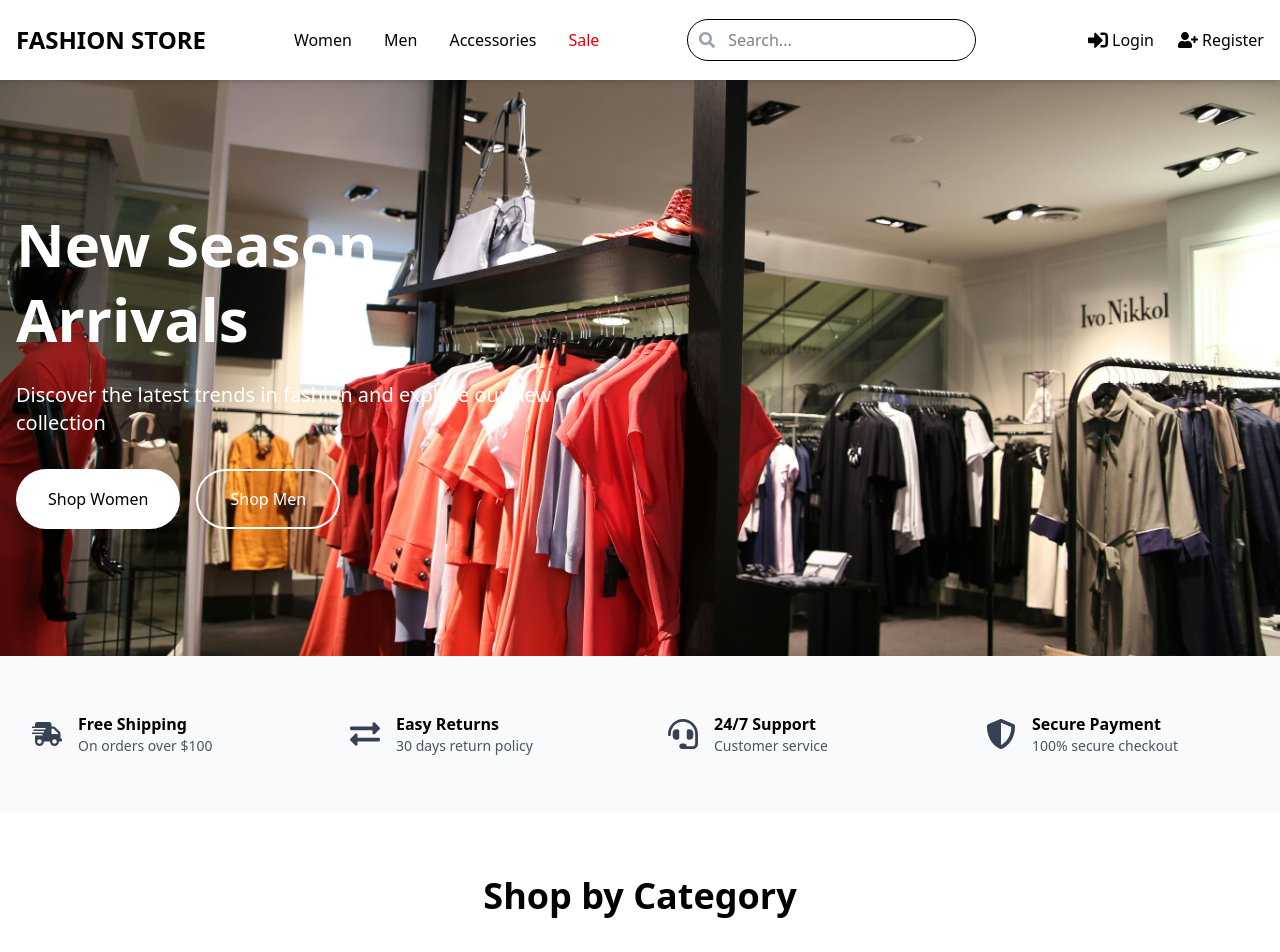
Repository: minhquang203/SHOPQUANAO
Page: / (app in frontend/)
An editor plug-in stored every save of this project. The page is shown before and after the next save, followed by the edit.
The browser window is 1280 px wide. The pictures show the part of the page from y = 0 to 952 px (the page is 2446 px tall before and 4297 px after).
The project was rebuilt for these pictures with package versions that can differ from the ones it lists, and the page was loaded fresh each time. Also part of the build but not shown: frontend/vite.config.js, frontend/src/components/AdminLayout.jsx, frontend/src/components/AdminRoute.jsx, frontend/src/pages/admin/Dashboard.jsx, frontend/src/pages/admin/Orders.jsx, frontend/src/pages/admin/Products.jsx, frontend/src/pages/admin/Users.jsx, frontend/src/pages/LoginPage.jsx and 1 more.

Above is the page before, as saved 2025-04-29 15:24:56.

### frontend/src/main.jsx
// main.jsx
import React from "react";
import ReactDOM from "react-dom/client";
import { Provider } from "react-redux";
import { PersistGate } from "redux-persist/integration/react";
import App from "./App";
import "./index.css";
import { persistor, store } from "./redux/store";

ReactDOM.createRoot(document.getElementById("root")).render(
  <Provider store={store}>
    <PersistGate loading={null} persistor={persistor}>
      <App />
    </PersistGate>
  </Provider>
);

### frontend/src/App.jsx
import React from "react";
import { Route, BrowserRouter as Router, Routes } from "react-router-dom";
import AdminLayout from "./components/AdminLayout";
import AdminRoute from "./components/AdminRoute";
import Navbar from "./components/Navbar";
import Dashboard from "./pages/admin/Dashboard";
import Orders from "./pages/admin/Orders";
import Products from "./pages/admin/Products";
import Users from "./pages/admin/Users";
import Homepage from "./pages/Homepage";
import Login from "./pages/LoginPage";
import Register from "./pages/RegisterPage";

function App() {
  return (
    <Router>
      <Navbar />
      <Routes>
        {/* Public Routes */}
        <Route path="/" element={<Homepage />} />
        <Route path="/login" element={<Login />} />
        <Route path="/register" element={<Register />} />

        {/* Admin Protected Routes */}
        <Route element={<AdminRoute />}>
          <Route path="/admin" element={<AdminLayout />}>
            <Route index element={<Dashboard />} />
            <Route path="dashboard" element={<Dashboard />} />
            <Route path="orders" element={<Orders />} />
            <Route path="products" element={<Products />} />
            <Route path="users" element={<Users />} />
          </Route>
        </Route>
      </Routes>
    </Router>
  );
}

export default App;

### frontend/src/index.css
@import "tailwindcss";

@tailwind base;
@tailwind components;
@tailwind utilities;



.group:hover .group-hover\:block{
    display: block;
}

### frontend/src/redux/store.js
// redux/store.js
import { configureStore } from '@reduxjs/toolkit';
import { combineReducers } from 'redux';
import { persistReducer, persistStore } from 'redux-persist';
import storage from 'redux-persist/lib/storage'; // lưu trên localStorage
import authReducer from './authSlice';

const persistConfig = {
  key: 'root',
  storage,
  whitelist: ['auth'], // chỉ persist auth
};

const rootReducer = combineReducers({
  auth: authReducer,
});

const persistedReducer = persistReducer(persistConfig, rootReducer);

export const store = configureStore({
  reducer: persistedReducer,
  middleware: (getDefaultMiddleware) =>
    getDefaultMiddleware({
      serializableCheck: false,
    }),
});

export const persistor = persistStore(store);

### frontend/src/components/Navbar.jsx
import React, { useState } from 'react';
import { FaHeart, FaSearch, FaShoppingCart, FaSignInAlt, FaUser, FaUserPlus } from 'react-icons/fa';
import { useDispatch, useSelector } from 'react-redux';
import { Link, useNavigate } from 'react-router-dom';
import { selectCurrentRole, selectCurrentUser, selectIsAuthenticated } from '../redux/authSelectors';
import { logout } from '../redux/authSlice';

function Navbar() {
  const dispatch = useDispatch();
  const navigate = useNavigate();
  const [isMenuOpen, setIsMenuOpen] = useState(false);
  const isAuthenticated = useSelector(selectIsAuthenticated);
  const user = useSelector(selectCurrentUser);
  const role = useSelector(selectCurrentRole);

  // Sử dụng selector đã memoize


  const handleLogout = () => {
    dispatch(logout());
    navigate('/login');
  };

  const AuthenticatedIcons = () => (
    <div className="flex items-center space-x-6">
      <button className="hover:text-gray-600 transition">
        <FaSearch className="h-5 w-5 md:hidden" />
      </button>
      <Link to="/wishlist" className="hover:text-gray-600 transition">
        <FaHeart className="h-5 w-5" />
      </Link>
      <Link to="/cart" className="relative hover:text-gray-600 transition">
        <FaShoppingCart className="h-5 w-5" />
        <span className="absolute -top-2 -right-2 bg-red-600 text-white text-xs rounded-full w-5 h-5 flex items-center justify-center">
          0
        </span>
      </Link>

      {/* Admin Dashboard Link - Only visible for admins */}
      {role === 'admin' && (
        <Link to="/admin/dashboard" className="hover:text-gray-600 transition">
          <span className="hidden md:inline">Admin</span>
        </Link>
      )}

      <div className="relative group">
        <button className="hover:text-black transition-transform hover:scale-105">
          <FaUser className="h-5 w-5" />
          <span className="hidden md:inline">{user?.username}</span>
        </button>
        <div className="absolute right-0 w-48 py-2 mt-2 bg-white rounded-md shadow-xl invisible group-hover:visible opacity-0 group-hover:opacity-100 transition-all duration-200 z-50">
          <Link
            to="/profile"
            className="block px-4 py-2 text-sm text-gray-700 hover:bg-gray-100"
          >
            Profile
          </Link>
          <Link
            to="/orders"
            className="block px-4 py-2 text-sm text-gray-700 hover:bg-gray-100"
          >
            Orders
          </Link>
          <button
            onClick={handleLogout}
            className="block w-full text-left px-4 py-2 text-sm text-gray-700 hover:bg-gray-100"
          >
            Sign Out
          </button>
        </div>
      </div>
    </div>
  );

  const NonAuthenticatedIcons = () => (
    <div className="flex items-center space-x-6">
      <button className="hover:text-gray-600 transition">
        <FaSearch className="h-5 w-5 md:hidden" />
      </button>
      <Link to="/login" className="hover:text-gray-600 transition flex items-center space-x-1">
        <FaSignInAlt className="h-5 w-5" />
        <span className="hidden md:inline">Login</span>
      </Link>
      <Link to="/register" className="hover:text-gray-600 transition flex items-center space-x-1">
        <FaUserPlus className="h-5 w-5" />
        <span className="hidden md:inline">Register</span>
      </Link>
    </div>
  );

  return (
    <nav className="bg-white shadow-md sticky top-0 z-50">
      <div className="container mx-auto px-4">
        <div className="flex items-center justify-between h-20">
          <Link to="/" className="text-2xl font-bold">FASHION STORE</Link>

          <div className="hidden md:flex items-center space-x-8">
            <Link to="/women" className="hover:text-gray-600 transition">Women</Link>
            <Link to="/men" className="hover:text-gray-600 transition">Men</Link>
            <Link to="/accessories" className="hover:text-gray-600 transition">Accessories</Link>
            <Link to="/sale" className="text-red-600 hover:text-red-700 transition">Sale</Link>
          </div>

          <div className="hidden md:flex items-center relative">
            <input
              type="text"
              placeholder="Search..."
              className="pl-10 pr-4 py-2 border rounded-full focus:outline-none focus:ring-2 focus:ring-black"
            />
            <FaSearch className="absolute left-3 text-gray-400" />
          </div>

          {user ? <AuthenticatedIcons /> : <NonAuthenticatedIcons />}

          <button
            className="md:hidden"
            onClick={() => setIsMenuOpen(!isMenuOpen)}
            aria-label="Toggle menu"
          >
            <svg className="w-6 h-6" fill="none" viewBox="0 0 24 24" stroke="currentColor">
              <path strokeLinecap="round" strokeLinejoin="round" strokeWidth={2} d="M4 6h16M4 12h16M4 18h16" />
            </svg>
          </button>
        </div>

        {isMenuOpen && (
          <div className="md:hidden py-4 border-t">
            <div className="flex flex-col space-y-4">
              <Link to="/women" className="hover:text-gray-600 transition px-4">Women</Link>
              <Link to="/men" className="hover:text-gray-600 transition px-4">Men</Link>
              <Link to="/accessories" className="hover:text-gray-600 transition px-4">Accessories</Link>
              <Link to="/sale" className="text-red-600 hover:text-red-700 transition px-4">Sale</Link>
              {role === 'admin' && (
                <Link to="/admin/dashboard" className="hover:text-gray-600 transition px-4">
                  Admin Dashboard
                </Link>
              )}
              <div className="relative px-4">
                <input
                  type="text"
                  placeholder="Search..."
                  className="w-full pl-10 pr-4 py-2 border rounded-full focus:outline-none focus:ring-2 focus:ring-black"
                />
                <FaSearch className="absolute left-7 top-3 text-gray-400" />
              </div>
            </div>
          </div>
        )}
      </div>
    </nav>
  );
}

export default Navbar;

### frontend/src/pages/Homepage.jsx
import React from "react";
import { FaExchangeAlt, FaHeadset, FaShieldAlt, FaShippingFast } from 'react-icons/fa';

function Homepage() {
  return (
    <div className="min-h-screen">
      {/* Hero Banner with Overlay */}
      <section className="relative h-[80vh]">
        <img
          src="/assets/banner.jpg"
          alt="Hero Banner"
          className="w-full h-full object-cover"

        />
        <div className="absolute inset-0  flex items-center">
          <div className="container mx-auto px-4">
            <div className="max-w-xl">
              <h1 className="text-6xl font-bold mb-6 text-white leading-tight">
                New Season Arrivals
              </h1>
              <p className="text-xl text-white mb-8">
                Discover the latest trends in fashion and explore our new collection
              </p>
              <div className="flex gap-4">
                <button className="bg-white text-black px-8 py-4 rounded-full hover:bg-gray-100 transition duration-300">
                  Shop Women
                </button>
                <button className="border-2 border-white text-white px-8 py-4 rounded-full hover:bg-white hover:text-black transition duration-300">
                  Shop Men
                </button>
              </div>
            </div>
          </div>
        </div>
      </section>

        {/* Services Section */}
      <section className="bg-gray-50 py-10">
        <div className="container mx-auto px-4">
          <div className="grid grid-cols-1 md:grid-cols-4 gap-6">
            <div className="flex items-center gap-4 p-4">
              <FaShippingFast className="text-3xl text-gray-700" />
              <div>
                <h3 className="font-semibold">Free Shipping</h3>
                <p className="text-sm text-gray-600">On orders over $100</p>
              </div>
            </div>
            <div className="flex items-center gap-4 p-4">
              <FaExchangeAlt className="text-3xl text-gray-700" />
              <div>
                <h3 className="font-semibold">Easy Returns</h3>
                <p className="text-sm text-gray-600">30 days return policy</p>
              </div>
            </div>
            <div className="flex items-center gap-4 p-4">
              <FaHeadset className="text-3xl text-gray-700" />
              <div>
                <h3 className="font-semibold">24/7 Support</h3>
                <p className="text-sm text-gray-600">Customer service</p>
              </div>
            </div>
            <div className="flex items-center gap-4 p-4">
              <FaShieldAlt className="text-3xl text-gray-700" />
              <div>
                <h3 className="font-semibold">Secure Payment</h3>
                <p className="text-sm text-gray-600">100% secure checkout</p>
              </div>
            </div>
          </div>
        </div>
      </section>

      {/* Categories */}
      <section className="py-16">
        <div className="container mx-auto px-4">
          <h2 className="text-4xl font-bold mb-12 text-center">Shop by Category</h2>
          <div className="grid grid-cols-1 md:grid-cols-3 gap-8">
            {['Women', 'Men', 'Accessories'].map((category) => (
              <div key={category} className="group relative overflow-hidden rounded-xl h-[400px]">
                <img
                  src={`/${category.toLowerCase()}.jpg`}
                  alt={category}
                  className="w-full h-full object-cover transition duration-500 group-hover:scale-110"
                />
                <div className="absolute inset-0 bg-gradient-to-t from-black/70 to-transparent flex flex-col justify-end p-8">
                  <h3 className="text-white text-2xl font-bold mb-3">{category}</h3>
                  <button className="bg-white text-black w-full py-3 rounded-full opacity-0 transform translate-y-4 group-hover:opacity-100 group-hover:translate-y-0 transition duration-300">
                    Shop Now
                  </button>
                </div>
              </div>
            ))}
          </div>
        </div>
      </section>

      {/* Featured Products */}
      <section className="bg-gray-50 py-16">
        <div className="container mx-auto px-4">
          <h2 className="text-4xl font-bold mb-12 text-center">Trending Now</h2>
          <div className="grid grid-cols-1 md:grid-cols-4 gap-6">
            {[1, 2, 3, 4].map((item) => (
              <div key={item} className="group bg-white rounded-xl overflow-hidden hover:shadow-xl transition duration-300">
                <div className="relative overflow-hidden">
                  <img
                    src={`/product${item}.jpg`}
                    alt={`Product ${item}`}
                    className="w-full h-[350px] object-cover group-hover:scale-105 transition duration-500"
                  />
                  <div className="absolute top-4 right-4">
                    <button className="bg-white p-2 rounded-full shadow-md hover:bg-gray-100">
                      <svg className="w-5 h-5" fill="none" stroke="currentColor" viewBox="0 0 24 24">
                        <path strokeLinecap="round" strokeLinejoin="round" strokeWidth="2" d="M4.318 6.318a4.5 4.5 0 000 6.364L12 20.364l7.682-7.682a4.5 4.5 0 00-6.364-6.364L12 7.636l-1.318-1.318a4.5 4.5 0 00-6.364 0z" />
                      </svg>
                    </button>
                  </div>
                </div>
                <div className="p-6">
                  <h3 className="font-semibold text-lg mb-2">Product Name</h3>
                  <div className="flex justify-between items-center">
                    <p className="text-gray-600">$99.99</p>
                    <button className="bg-black text-white px-6 py-2 rounded-full hover:bg-gray-800 transition duration-300">
                      Add to Cart
                    </button>
                  </div>
                </div>
              </div>
            ))}
          </div>
        </div>
      </section>

      {/* Newsletter */}
      <section className="py-20 bg-gradient-to-r from-gray-900 to-gray-800 text-white">
        <div className="container mx-auto px-4">
          <div className="text-center max-w-2xl mx-auto">
            <h2 className="text-4xl font-bold mb-6">Join Our Newsletter</h2>
            <p className="text-gray-300 mb-8">Subscribe to get special offers, free giveaways, and amazing deals.</p>
            <div className="flex gap-4 justify-center">
              <input
                type="email"
                placeholder="Enter your email"
                className="px-6 py-3 rounded-full w-full max-w-md text-black focus:outline-none focus:ring-2 focus:ring-white"
              />
              <button className="bg-white text-black px-8 py-3 rounded-full hover:bg-gray-100 transition duration-300">
                Subscribe
              </button>
            </div>
          </div>
        </div>
      </section>
    </div>
  );
}

export default Homepage;

### frontend/src/redux/authSlice.js
import { createSlice } from '@reduxjs/toolkit';

const initialState = {
  user: null,
  token: null,
  role: null,
};

const authSlice = createSlice({
  name: 'auth',
  initialState,
  reducers: {
    setCredentials: (state, action) => {
      state.user = action.payload.user;
      state.token = action.payload.token;
      state.role = action.payload.user.role; // Lưu role vào state
      state.isAuthenticated = true;

    },
    logout: (state) => {
      state.user = null;
      state.token = null;
      state.role = null;
      state.isAuthenticated = false;
    },
  },
});

export const { setCredentials, logout } = authSlice.actions;

export default authSlice.reducer;

### frontend/src/redux/authSelectors.js
// redux/authSelectors.js
export const selectCurrentUser = (state) => state.auth.user;
export const selectCurrentRole = (state) => state.auth.role;
export const selectIsAuthenticated = (state) => state.auth.isAuthenticated;
export const selectToken = (state) => state.auth.token;

Loaded but not shown: frontend/index.html (common file)

After the next save:
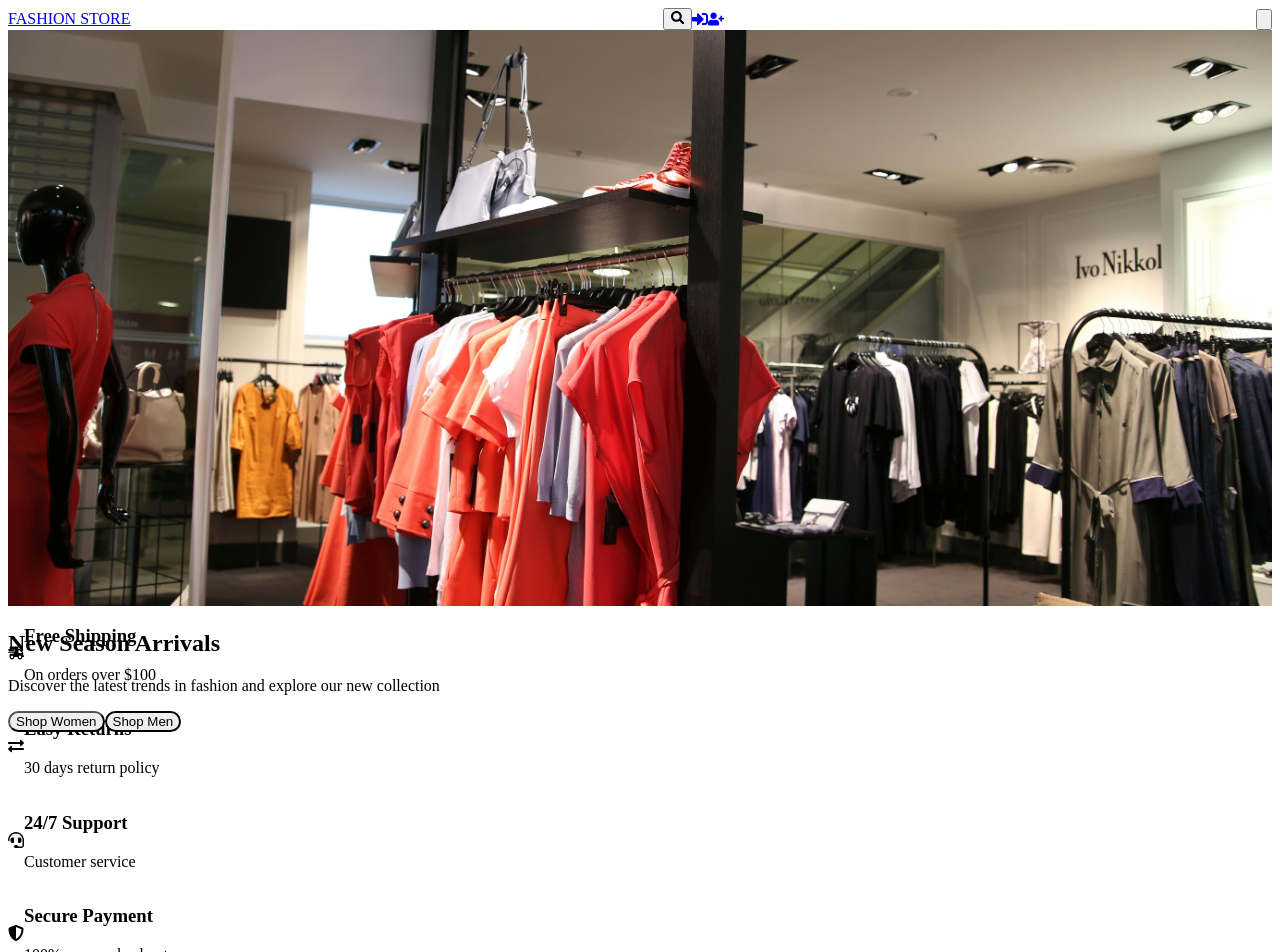
Saved 48 s later.
--- a/frontend/src/index.css
+++ b/frontend/src/index.css
@@ -1,4 +1,4 @@
-@import "tailwindcss";
+
 
 @tailwind base;
 @tailwind components;

After the save that followed:
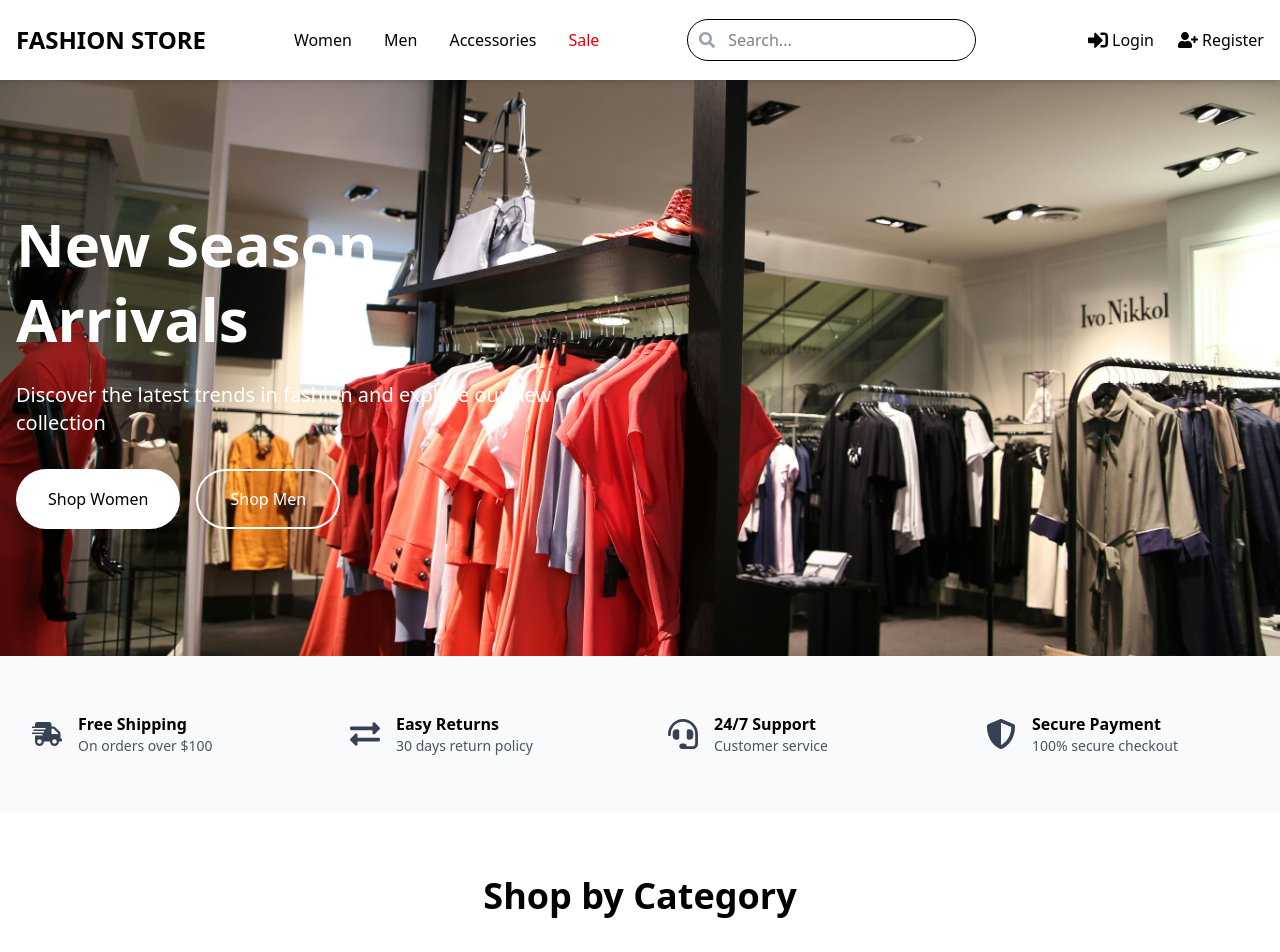
Saved 7 s later.
--- a/frontend/src/index.css
+++ b/frontend/src/index.css
@@ -1,4 +1,4 @@
-
+@import "tailwindcss";
 
 @tailwind base;
 @tailwind components;
